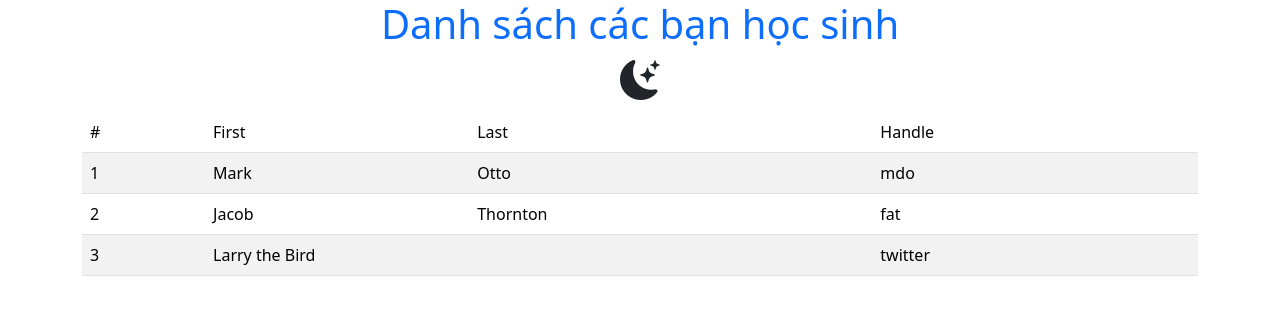
Repository: danghoanghai2k2/BeginAnguLar
Page: / (app in FirstAnGuLar/)
The author's editor kept a copy of each file at every save. The page is drawn from the files as they stood at one save, then again after the next save.
The browser window is 1280 px wide. The pictures show the whole page.
The project was rebuilt for these pictures with package versions that can differ from the ones it lists, and the page was loaded fresh each time. Also part of the build but not shown: FirstAnGuLar/angular.json.

Above is the page before, as saved 2024-06-05 19:56:00.

### FirstAnGuLar/src/index.html
<!doctype html>
<html lang="en">
<head>
  <meta charset="utf-8">
  <title>FirstAnGuLar</title>
  <base href="/">
  <meta name="viewport" content="width=device-width, initial-scale=1">
  <link rel="icon" type="image/x-icon" href="data:[embedded picture, 6354 characters]">
</head>
<body>
  <app-root></app-root>
</body>
</html>

### FirstAnGuLar/src/styles.css

*,
*:before,
*:after {
  box-sizing: border-box;
}
* {
  margin: 0;
  padding: 0;
  font: inherit;
}
img,
picture,
svg,
video {
  display: block;
  max-width: 100%;
}
input,
select,
textarea {
  background-color: transparent;
  outline: none;
}
button {
  cursor: pointer;
  background-color: transparent;
  outline: none;
  border: 0;
}
body {
  min-height: 100vh;
  font-weight: 400;
  font-size: 16px;
  line-height: 1;
}

### FirstAnGuLar/src/main.ts
import { bootstrapApplication } from '@angular/platform-browser';
import { appConfig } from './app/app.config';
import { AppComponent } from './app/app.component';
// import { ChildComponent } from './app/child/child.component';

bootstrapApplication(AppComponent, appConfig)
  .catch((err) => console.error(err));

### FirstAnGuLar/src/app/app.component.ts
import { Component } from '@angular/core';
import { RouterOutlet } from '@angular/router';

@Component({
  selector: 'app-root',
  standalone: true,
  imports: [RouterOutlet],
  templateUrl: './app.component.html',
  styleUrl: './app.component.css'
})
export class AppComponent {
  title = 'Danh sách các bạn học sinh';
}

### FirstAnGuLar/src/app/app.component.html
<div class="container">
    <div class="header">
        <h1 class="text-center text-primary">{{title}}</h1>
        <h1 class="text-center text-error"><i class="bi bi-moon-stars-fill"></i></h1>
    </div>
    <table class="table table-striped">
        <thead>
          <tr>
            <th scope="col">#</th>
            <th scope="col">First</th>
            <th scope="col">Last</th>
            <th scope="col">Handle</th>
          </tr>
        </thead>
        <tbody>
          <tr>
            <th scope="row">1</th>
            <td>Mark</td>
            <td>Otto</td>
            <td>mdo</td>
          </tr>
          <tr>
            <th scope="row">2</th>
            <td>Jacob</td>
            <td>Thornton</td>
            <td>fat</td>
          </tr>
          <tr>
            <th scope="row">3</th>
            <td colspan="2">Larry the Bird</td>
            <td>twitter</td>
          </tr>
        </tbody>
      </table>

</div>

Loaded but not shown: FirstAnGuLar/src/app/app.config.ts (common file); FirstAnGuLar/src/app/app.routes.ts (common file); FirstAnGuLar/src/app/app.component.css (no stored copy; drawn as an empty file)

After the next save:
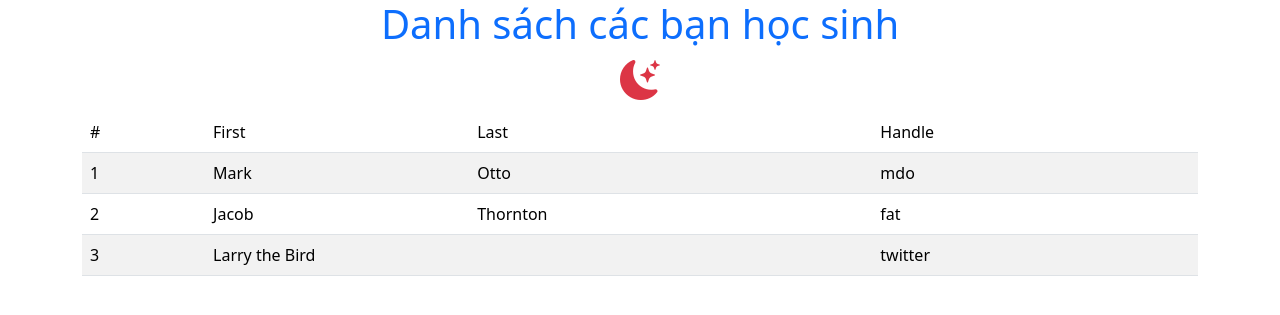
Saved 19 s later.
--- a/FirstAnGuLar/src/app/app.component.html
+++ b/FirstAnGuLar/src/app/app.component.html
@@ -1,7 +1,7 @@
 <div class="container">
     <div class="header">
         <h1 class="text-center text-primary">{{title}}</h1>
-        <h1 class="text-center text-error"><i class="bi bi-moon-stars-fill"></i></h1>
+        <h1 class="text-center text-danger"><i class="bi bi-moon-stars-fill"></i></h1>
     </div>
     <table class="table table-striped">
         <thead>
